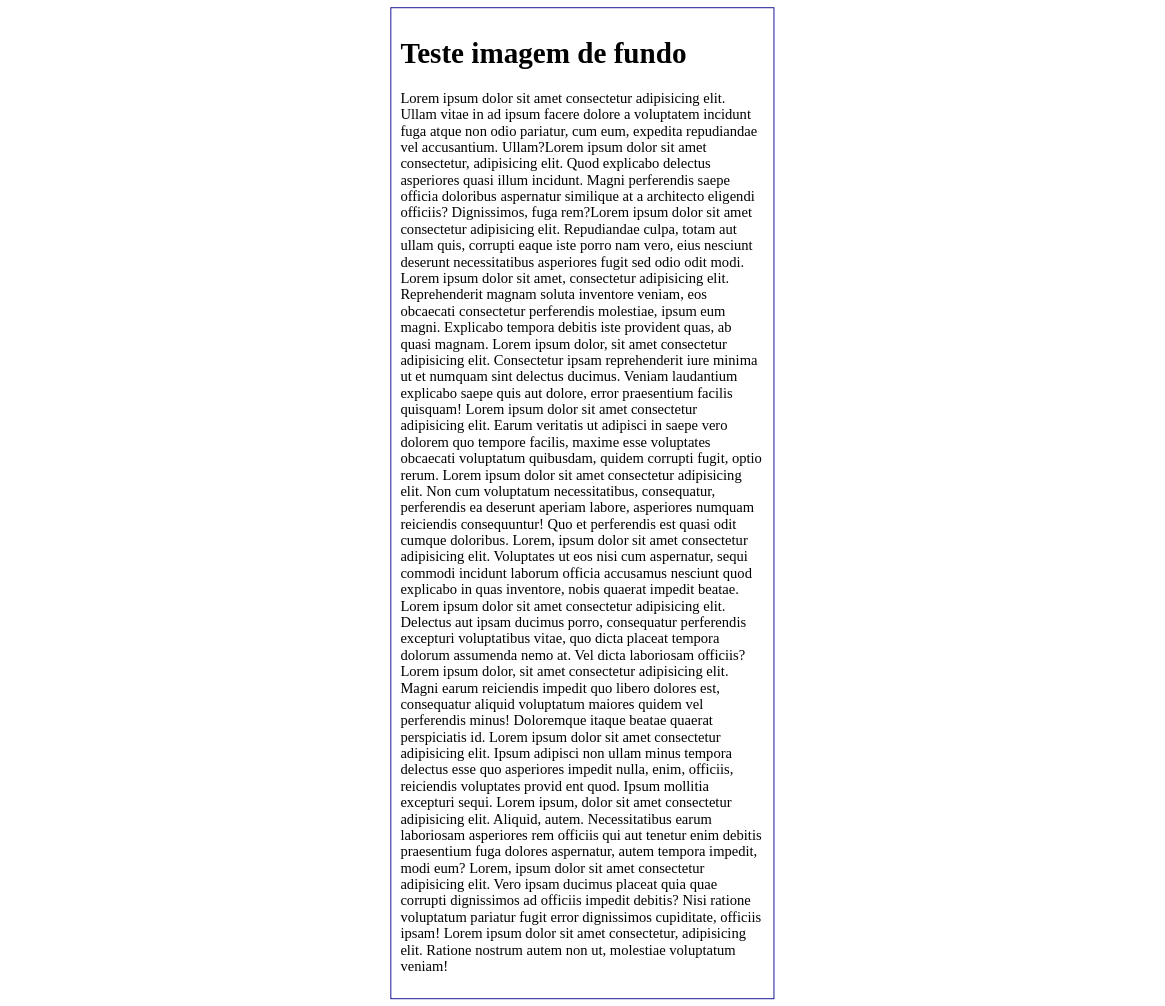
Repository: Leonngc/html-css
Page: Exercicios/ex023/funndo006.html
An editor plug-in stored every save of this project. The page is shown before and after a run of saves, followed by the edit.
The browser window is 1280 px wide. The pictures show the whole page, at 91% of full size.
Backgrounds fixed to the window are drawn as part of the page.

Above is the page before, as saved 2022-10-27 19:34:29.

### Exercicios/ex023/funndo006.html
<!DOCTYPE html>
<html lang="pt-br">

<head>
    <meta charset="UTF-8">
    <meta http-equiv="X-UA-Compatible" content="IE=edge">
    <meta name="viewport" content="width=device-width, initial-scale=1.0">
    <title>fundo fixo</title>
    <style>
        body{
            /*height: 100vh;
            background-color: black;
            background-image: url('imagens/wallpaper002.jpg');
            background-position: top center;
            background-repeat: no-repeat;
            background-size: cover;
            background-attachment: fixed;*/

            /*SHORTHAND - BACKGROUND
            color > image > position > repeat > {size} > attachment
            */
            background: black, url(imagens/wallpaper002.jpg), top center, no-repeat, fixed ;
            background-size: cover;
        }
        main{
            background-color: white;
            width: 400px;
            padding: 10px;
            margin: auto;
            border: 1px solid darkblue;
        }
    </style>
</head>

<body>
    <main>
        <h1>Teste imagem de fundo</h1>
        <p>
            Lorem ipsum dolor sit amet consectetur adipisicing elit. Ullam vitae in ad ipsum facere dolore a voluptatem incidunt fuga atque non odio pariatur, cum eum, expedita repudiandae vel accusantium. Ullam?Lorem ipsum dolor sit amet consectetur, adipisicing elit. Quod explicabo delectus asperiores quasi illum incidunt. Magni perferendis saepe officia doloribus aspernatur similique at a architecto eligendi officiis? Dignissimos, fuga rem?Lorem ipsum dolor sit amet consectetur adipisicing elit. Repudiandae culpa, totam aut ullam quis, corrupti eaque iste porro nam vero, eius nesciunt deserunt necessitatibus asperiores fugit sed odio odit modi. Lorem ipsum dolor sit amet, consectetur adipisicing elit. Reprehenderit magnam soluta inventore veniam, eos obcaecati consectetur perferendis molestiae, ipsum eum magni. Explicabo tempora debitis iste provident quas, ab quasi magnam. Lorem ipsum dolor, sit amet consectetur adipisicing elit. Consectetur ipsam reprehenderit iure minima ut et numquam sint delectus ducimus. Veniam laudantium explicabo saepe quis aut dolore, error praesentium facilis quisquam! Lorem ipsum dolor sit amet consectetur adipisicing elit. Earum veritatis ut adipisci in saepe vero dolorem quo tempore facilis, maxime esse voluptates obcaecati voluptatum quibusdam, quidem corrupti fugit, optio rerum.
            Lorem ipsum dolor sit amet consectetur adipisicing elit. Non cum voluptatum necessitatibus, consequatur, perferendis ea deserunt aperiam labore, asperiores numquam reiciendis consequuntur! Quo et perferendis est quasi odit cumque doloribus.
            Lorem, ipsum dolor sit amet consectetur adipisicing elit. Voluptates ut eos nisi cum aspernatur, sequi commodi incidunt laborum officia accusamus nesciunt quod explicabo in quas inventore, nobis quaerat impedit beatae.
            Lorem ipsum dolor sit amet consectetur adipisicing elit. Delectus aut ipsam ducimus porro, consequatur perferendis excepturi voluptatibus vitae, quo dicta placeat tempora dolorum assumenda nemo at. Vel dicta laboriosam officiis? Lorem ipsum dolor, sit amet consectetur adipisicing elit. Magni earum reiciendis impedit quo libero dolores est, consequatur aliquid voluptatum maiores quidem vel perferendis minus! Doloremque itaque beatae quaerat perspiciatis id. Lorem ipsum dolor sit amet consectetur adipisicing elit. Ipsum adipisci non ullam minus tempora delectus esse quo asperiores impedit nulla, enim, officiis, reiciendis voluptates provid ent quod. Ipsum mollitia excepturi sequi. Lorem ipsum, dolor sit amet consectetur adipisicing elit. Aliquid, autem. Necessitatibus earum laboriosam asperiores rem officiis qui aut tenetur enim debitis praesentium fuga dolores aspernatur, autem tempora impedit, modi eum? Lorem, ipsum dolor sit amet consectetur adipisicing elit. Vero ipsam ducimus placeat quia quae corrupti dignissimos ad officiis impedit debitis? Nisi ratione voluptatum pariatur fugit error dignissimos cupiditate, officiis ipsam! Lorem ipsum dolor sit amet consectetur, adipisicing elit. Ratione nostrum autem non ut, molestiae voluptatum veniam!
        </p>
    </main>
</body>

</html>

After the next 4 saves:
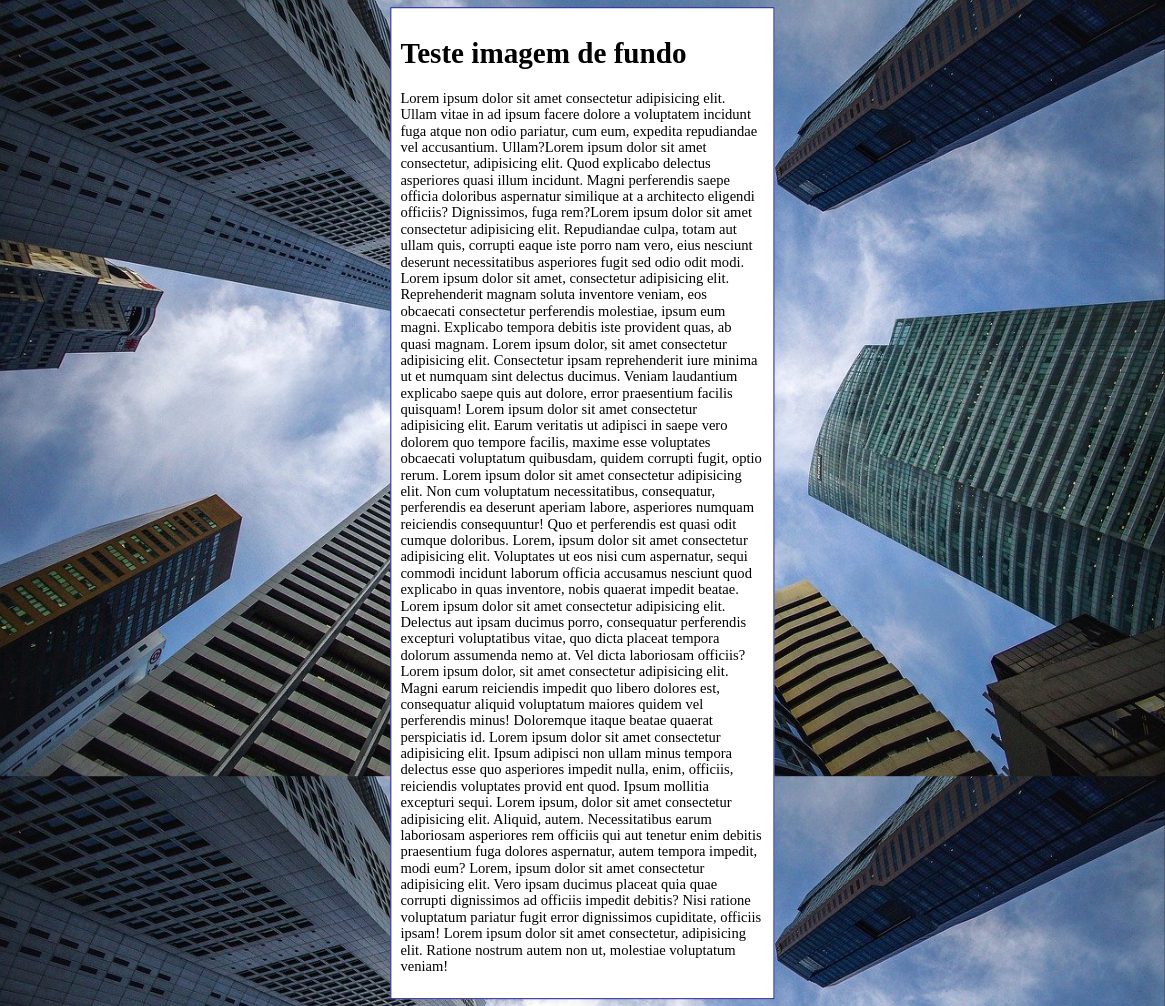
The 4 saves are shown as one change because they came seconds apart.
The last was saved 20 s later.
--- a/Exercicios/ex023/funndo006.html
+++ b/Exercicios/ex023/funndo006.html
@@ -19,7 +19,7 @@
             /*SHORTHAND - BACKGROUND
             color > image > position > repeat > {size} > attachment
             */
-            background: black, url(imagens/wallpaper002.jpg), top center, no-repeat, fixed ;
+            background: black url(imagens/wallpaper002.jpg) top center no-repeat fixed ;
             background-size: cover;
         }
         main{

After the 6 saves that followed:
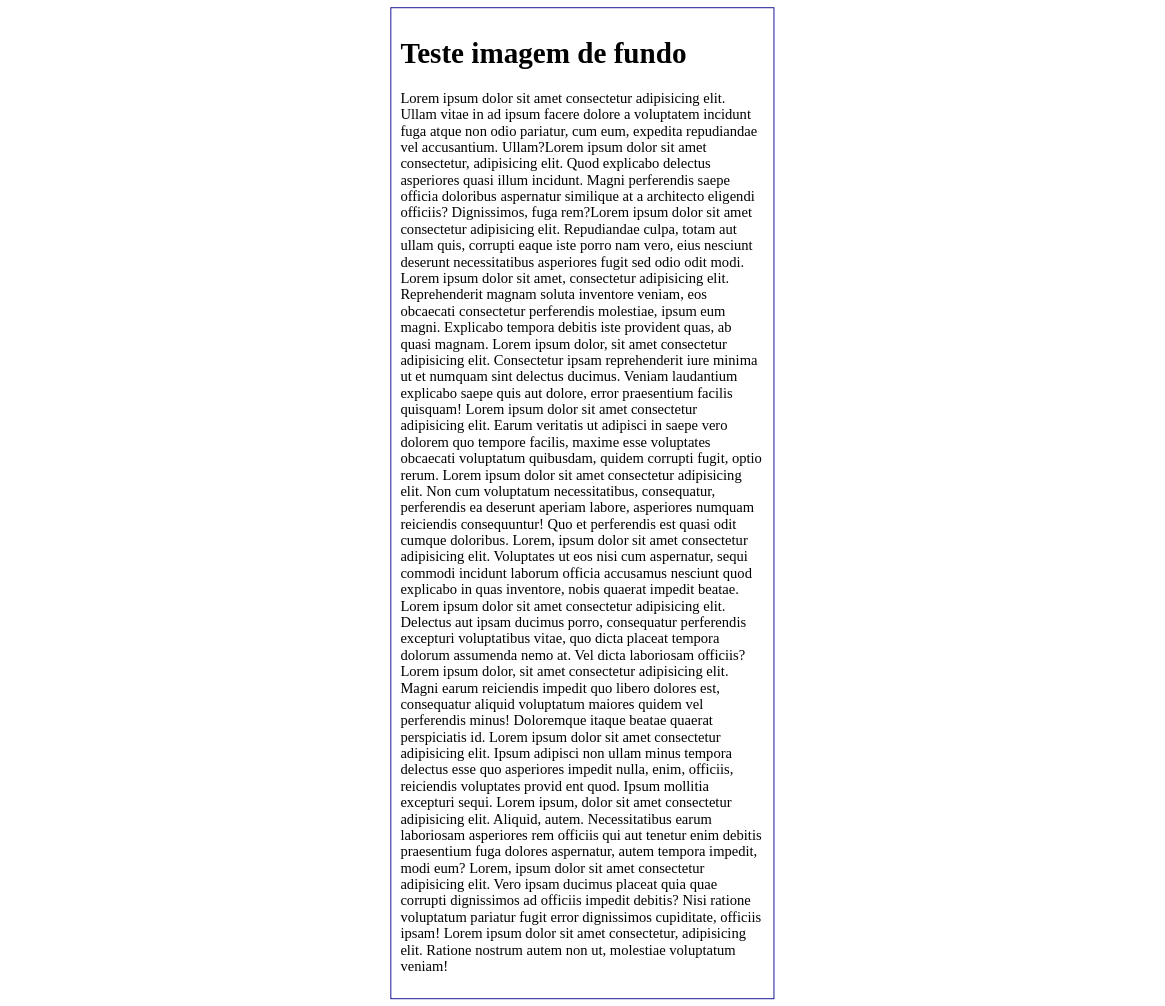
The 6 saves are shown as one change because they came seconds apart.
The last was saved 20 s later.
--- a/Exercicios/ex023/funndo006.html
+++ b/Exercicios/ex023/funndo006.html
@@ -19,8 +19,7 @@
             /*SHORTHAND - BACKGROUND
             color > image > position > repeat > {size} > attachment
             */
-            background: black url(imagens/wallpaper002.jpg) top center no-repeat fixed ;
-            background-size: cover;
+            background: black url(imagens/wallpaper002.jpg) top center no-repeat cover fixed ;
         }
         main{
             background-color: white;
